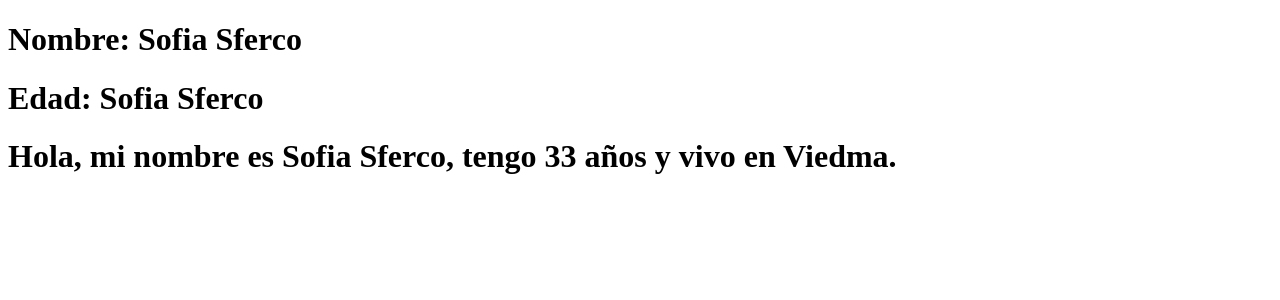
Repository: SofiaSferco/PWA-2026
Page: practico01/index.html
An editor plug-in stored every save of this project. The page is shown before and after a run of saves, followed by the edit.
The browser window is 1280 px wide. The pictures show the whole page.

Above is the page before, as saved 2026-09-10 00:10:44.

After the next 2 saves:
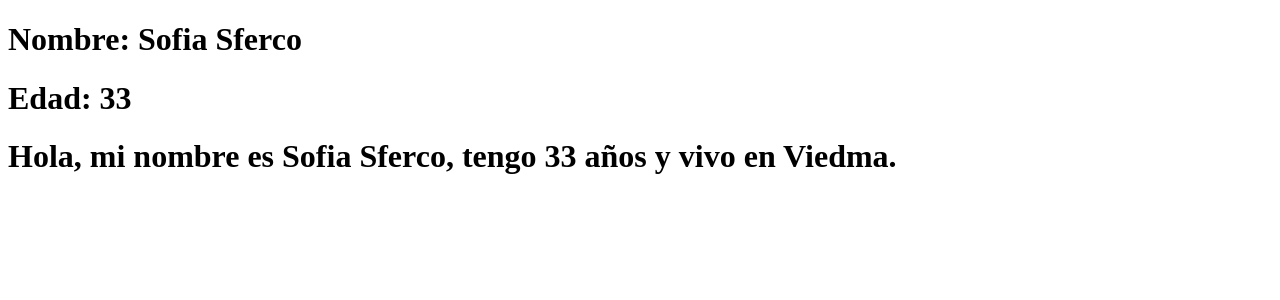
The 2 saves are shown as one change because they came seconds apart.
The last was saved 7 s later.
--- a/practico01/index.html
+++ b/practico01/index.html
@@ -8,7 +8,8 @@
 <body>
     <div id="app">
         <h1>Nombre: {{nombre}}</h1>
-        <h1>Edad: {{nombre}}</h1>
+        <h1>Edad: {{edad}}</h1>
+
         <h1>Hola, mi nombre es {{nombre}}, tengo {{edad}} años y vivo en {{ciudad}}.</h1>
     </div>
     <script>
